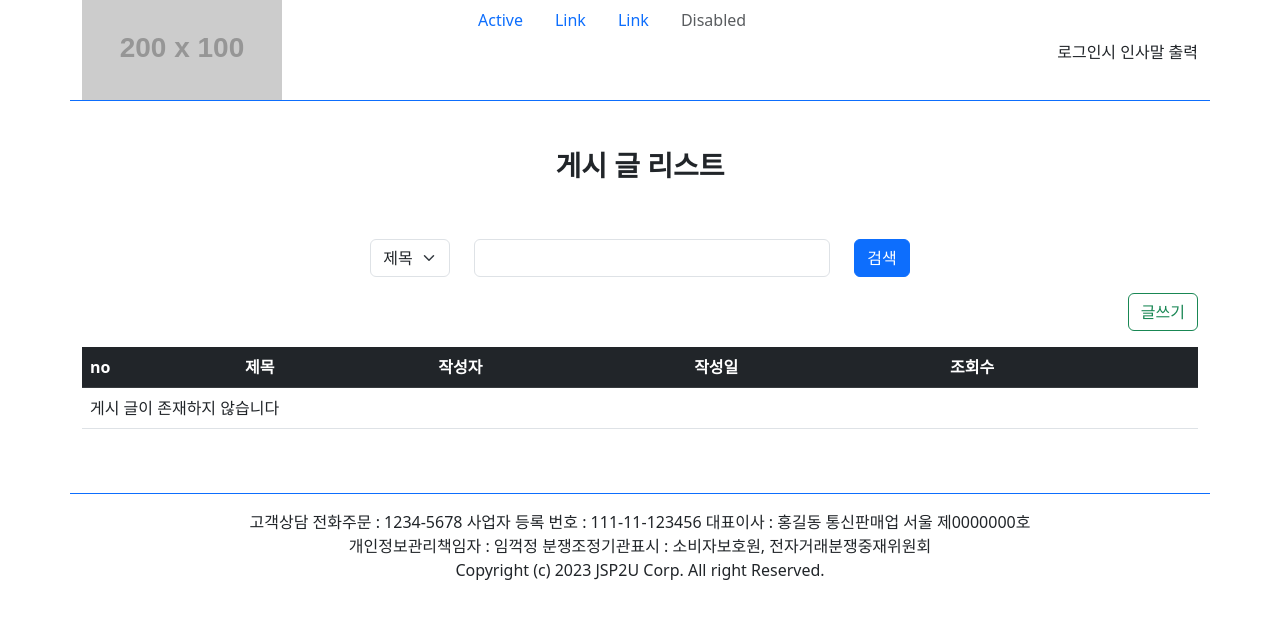
Repository: lopanghub/git_study
Page: http://localhost/JSPClassCh06/WEB-INF/board/boardList.jsp
These files come from the project's save history. The page is drawn as it stood at one moment and after the next save; the edit follows.
The browser window is 1280 px wide. The pictures show the whole page.
The page is served by Tomcat 9. Nobody is signed in. The template is opened directly, without the code that normally fills it, so the values that code supplies are empty.

Above is the page before, as saved 2024-04-09 06:07:46.

After the next save:
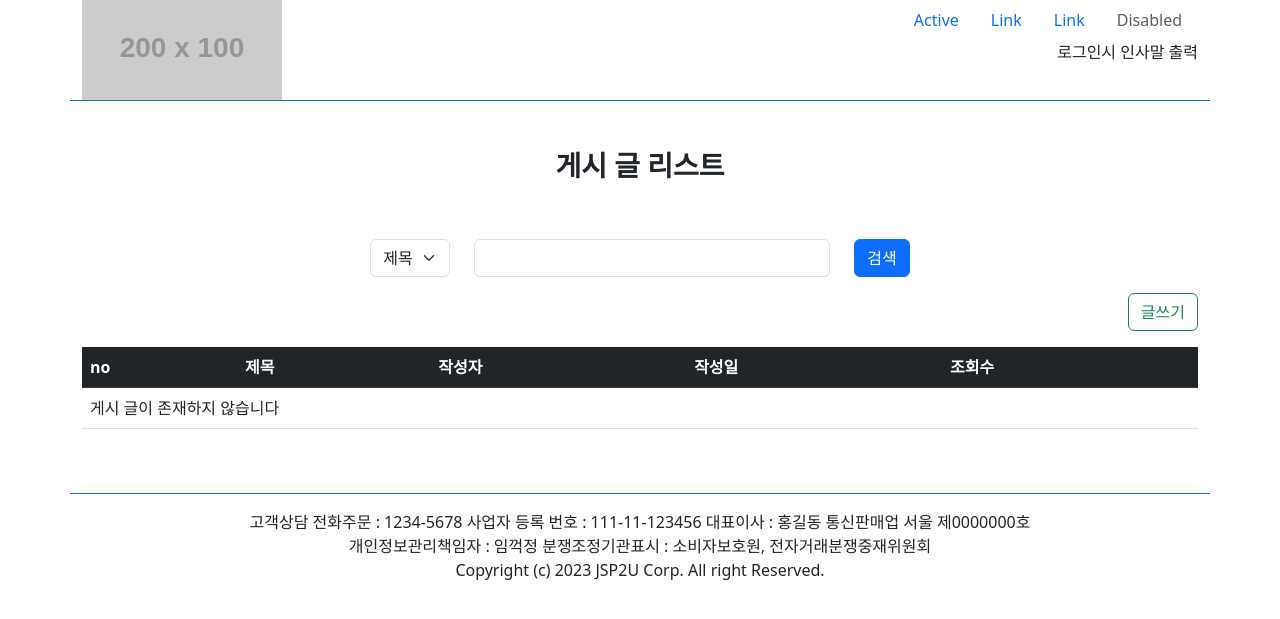
Saved 71 s later.
--- a/JSPStudy/JSPClassCh06/src/main/webapp/WEB-INF/board/boardList.jsp
+++ b/JSPStudy/JSPClassCh06/src/main/webapp/WEB-INF/board/boardList.jsp
@@ -26,7 +26,7 @@
 			<div class="col-8">
 				<div class="row">
 					<div class="col">
-						<ul class="nav">
+						<ul class="nav justify-content-end">
 							<li class="nav-item"><a class="nav-link active"
 								aria-current="page" href="#">Active</a></li>
 							<li class="nav-item"><a class="nav-link" href="#">Link</a></li>
